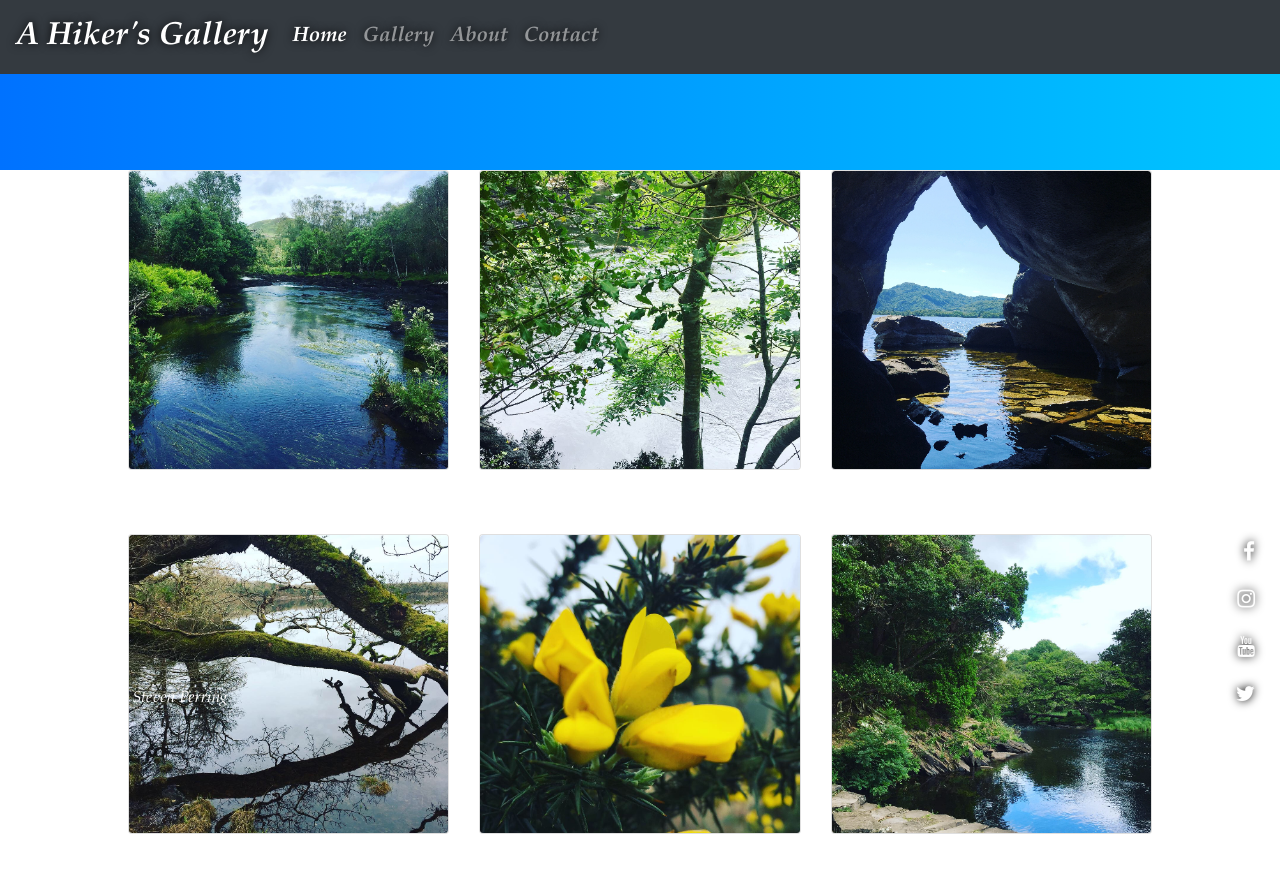
Repository: S-Perring/hiker
Page: gallery.html
The author's editor kept a record of every edit. The page is drawn from the files as they stood at one moment, then again after the next edit.
The browser window is 1280 px wide. The pictures show the part of the page from y = 0 to 878 px (the page is 2022 px tall before and 2124 px after).
A picture or video elsewhere on the page could not be fetched, so the positions and the page height are approximate. Some web fonts or font styles are not loaded; a fallback is used.

Above is the page before.

After the next edit:
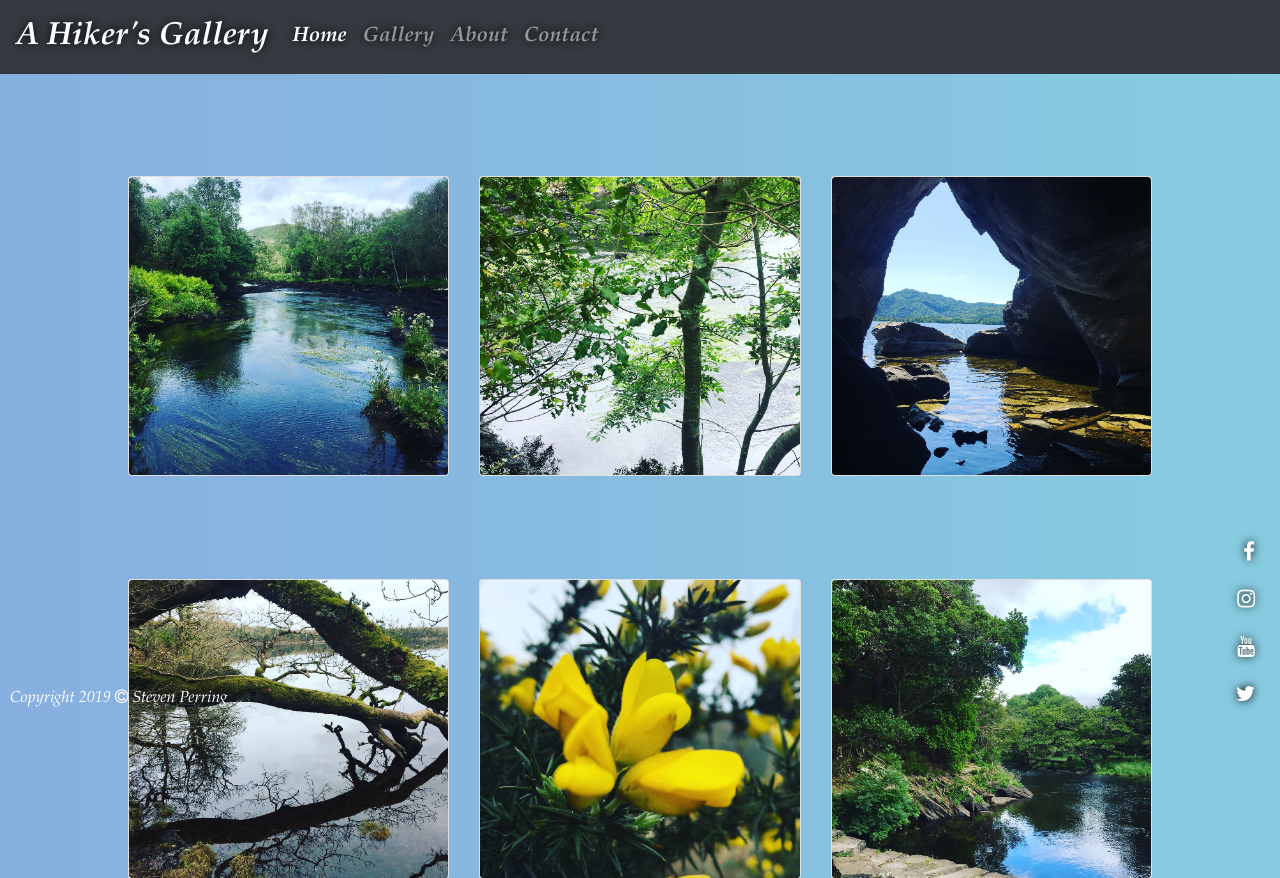
The edit:
--- a/css/style.css
+++ b/css/style.css
@@ -198,8 +198,8 @@
 }
 
 .gallerypage {
-    background-color: #fff;
-    margin-top: 7.5%;
-    margin-bottom: 7.5%;
-
-}
+    Background-color: rgba(208, 208, 208, 0.65);
+    padding-top: 1.5%;
+    padding-bottom: 1.5%;
+
+}
